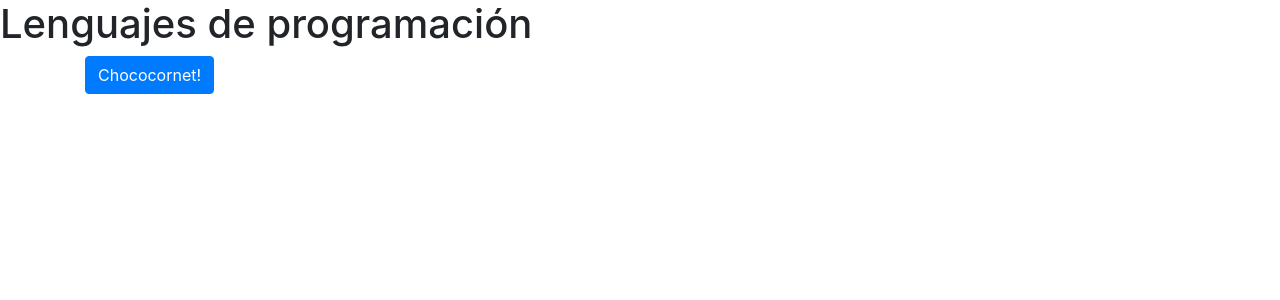
Repository: gitmadacode/practica_javascript
Page: Inicio/index.html
These files come from the project's save history. The page is drawn as it stood at one moment and after the next save; the edit follows.
The browser window is 1280 px wide. The pictures show the whole page.

Above is the page before, as saved 2019-09-08 20:32:36.

After the next save:
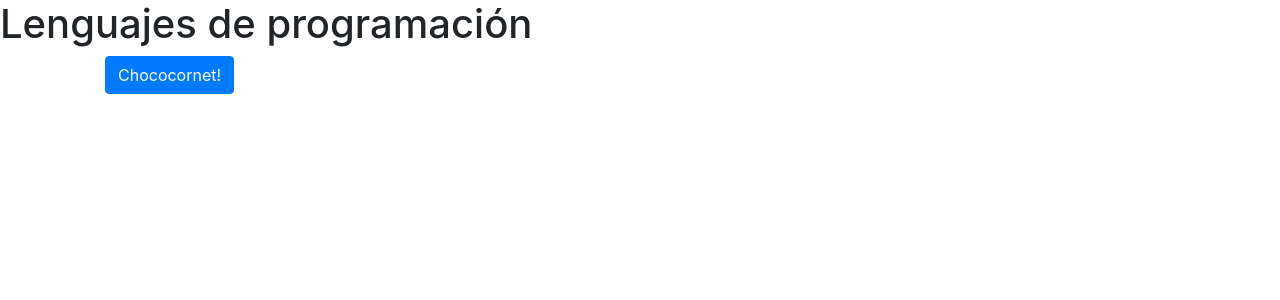
Saved 69 s later.
--- a/Inicio/js/arrays.js
+++ b/Inicio/js/arrays.js
@@ -15,4 +15,8 @@ if (elemento >=nombres.length) {
     alert("El usuario  seleccionado es "+nombres[elemento]);
 }*/
 
-document.write("<h1>Lenguajes de programación</h1>")
+document.write("<h1>Lenguajes de programación</h1>");
+document.write("<ul>");
+for (var i = 0 ; i<lenguajes.length ;i++ ) {
+
+}
